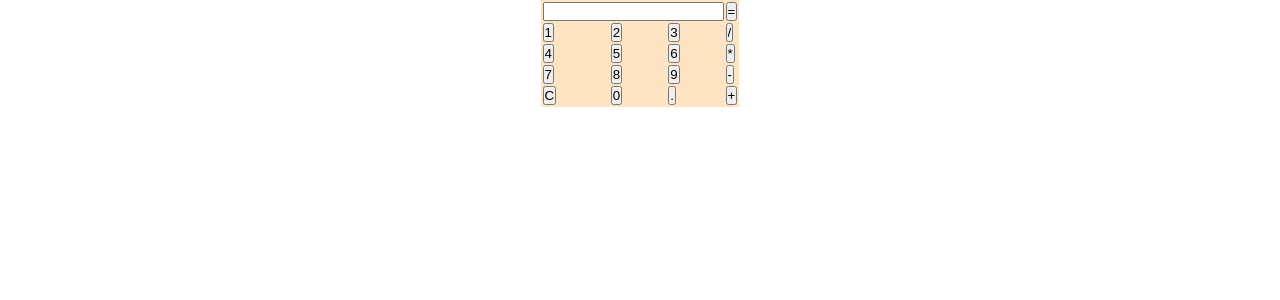
Repository: Seryozha02/CalculatorAndStopwatch
Page: calculator.html
These files come from the project's save history. The page is drawn as it stood at one moment and after a run of saves; the edit follows.
The browser window is 1280 px wide. The pictures show the whole page.

Above is the page before, as saved 2022-10-03 00:21:34.

### calculator.html
<!DOCTYPE html>
<html lang="en">
  <head>
    <meta charset="UTF-8" />
    <meta http-equiv="X-UA-Compatible" content="IE=edge" />
    <meta name="viewport" content="width=device-width, initial-scale=1.0" />
    <link rel="stylesheet" href="calculator.css" />
    <title>Calculator</title>
  </head>
  <body>
    <table id="calculator">
      <tr>
        <td colspan="3"><input class="display-box" type="text" id="result"/></td>
        <td><input type="button" value="=" onclick="calculate()" id="btn"></td>
      </tr>
      <tr>
        <td><input type="button" value="1" onclick="display(('1'))" /></td>
        <td><input type="button" value="2" onclick="display(('2'))" /></td>
        <td><input type="button" value="3" onclick="display(('3'))" /></td>
        <td><input type="button" value="/" onclick="display(('/'))" /></td>
      </tr>
      <tr>
        <td><input type="button" value="4" onclick="display(('4'))"></td>
        <td><input type="button" value="5" onclick="display(('5'))"></td>
        <td><input type="button" value="6" onclick="display(('6'))"></td>
        <td><input type="button" value="*" onclick="display(('*'))"></td>
      </tr>
      <tr>
        <td><input type="button" value="7" onclick="display(('7'))"></td>
        <td><input type="button" value="8" onclick="display(('8'))"></td>
        <td><input type="button" value="9" onclick="display(('9'))"></td>
        <td><input type="button" value="-" onclick="display(('-'))"></td>
      </tr>
      <tr>
      <td><input type="button" value="C" onclick="cleareScreen()" id="btn"></td>
      <td><input type="button" value="0" onclick="display(('0'))"></td>
      <td><input type="button" value="." onclick="display(('.'))"></td>
      <td><input type="button" value="+" onclick="display(('+'))"></td>
    </tr>
    </table>
  </body>
  <script src="calculator.js"></script>
</html>

### calculator.css
* {
    margin: 0;
    padding: 0;
    text-decoration: none;
    box-sizing: border-box;
}

#calculator {
    background-color: bisque;
    margin: 0 auto;
    mar
    padding: 0 25px;
}

Loaded but not shown: calculator.js (no copy from this time; the picture is the same without it)

After the next 3 saves:
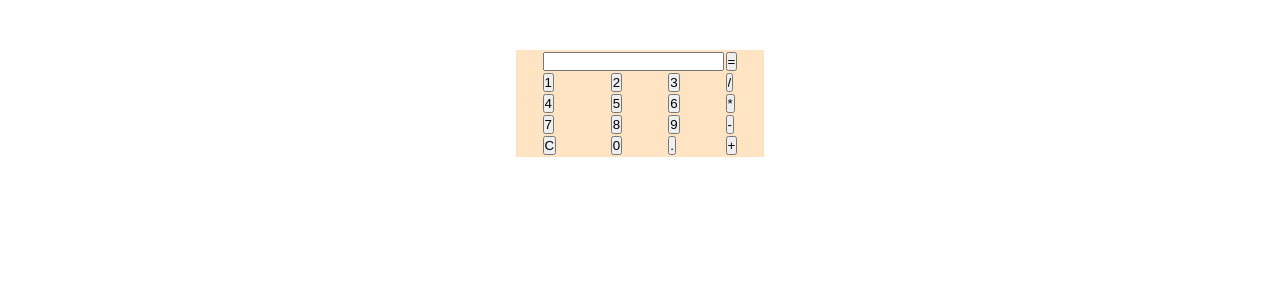
The 3 saves are shown as one change because they came seconds apart.
The last was saved 9 s later.
--- a/calculator.css
+++ b/calculator.css
@@ -8,6 +8,6 @@
 #calculator {
     background-color: bisque;
     margin: 0 auto;
-    mar
+    margin-top: 50px;
     padding: 0 25px;
 }
